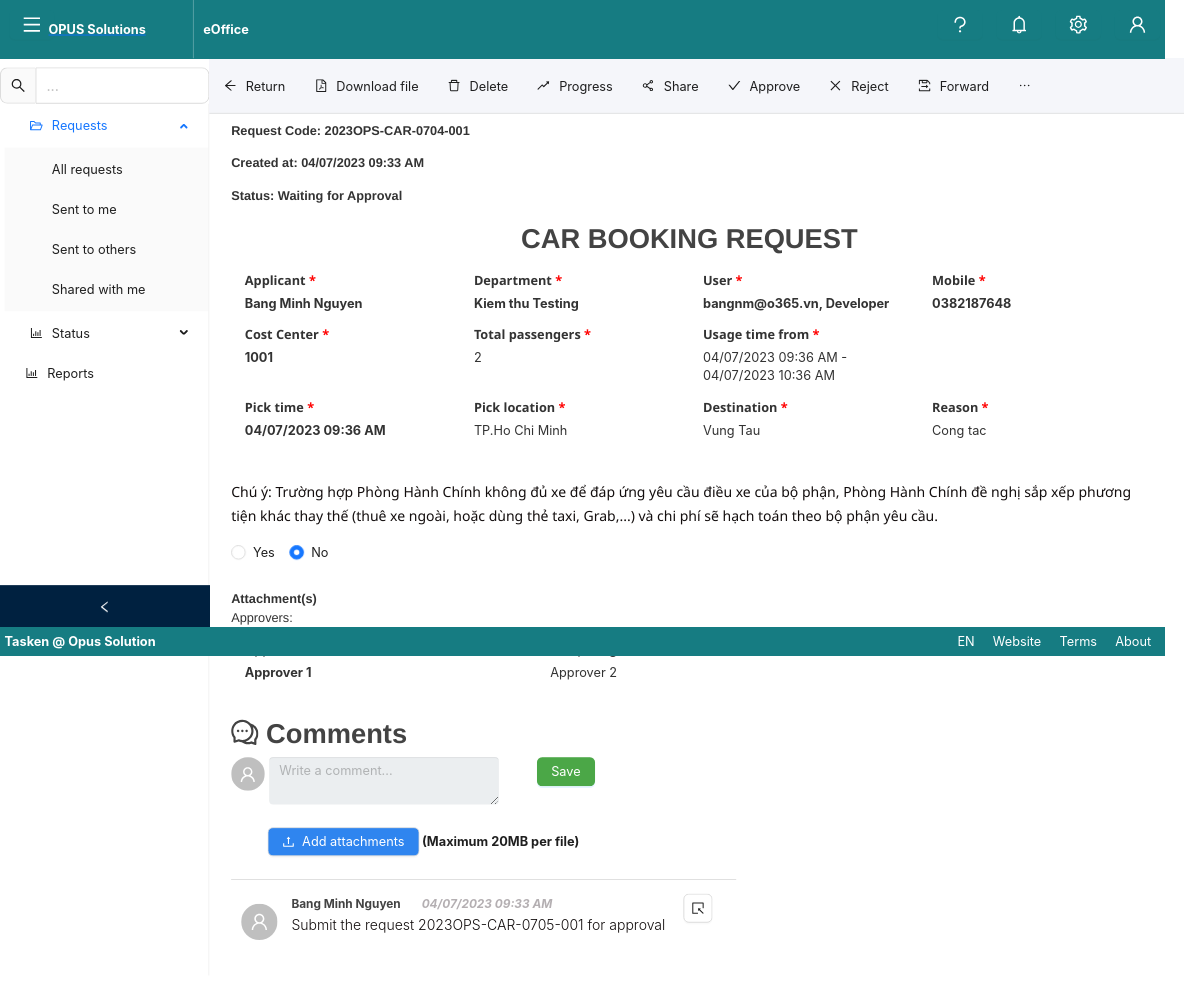
Repository: vannam272008/car-booking
Page: /request/detail
The author's editor kept a copy of each file at every save. The page is drawn from the files as they stood at one save, then again after the next save.
The browser window is 1280 px wide. The page is 1301 px wide, then 1280 px, so the pictures cover 1301 px, including what lies to the right of the window. The pictures show the whole page, at 91% of full size.
The project was rebuilt for these pictures with package versions that can differ from the ones it lists, and the page was loaded fresh each time. Also part of the build but not shown: src/Pages/ManageRequest/index.css, src/Pages/ManageRequest/ManageRequest.tsx, src/Components/AddRequest/MenuAdd/index.tsx, src/Components/AddRequest/AddRequest/addRequest.css, src/Components/AddRequest/AddRequest/index.tsx. Imported but missing from the stored project, and not drawn on this page: src/Pages/Home.

Above is the page before, as saved 2023-07-09 21:11:57.

After the next save:
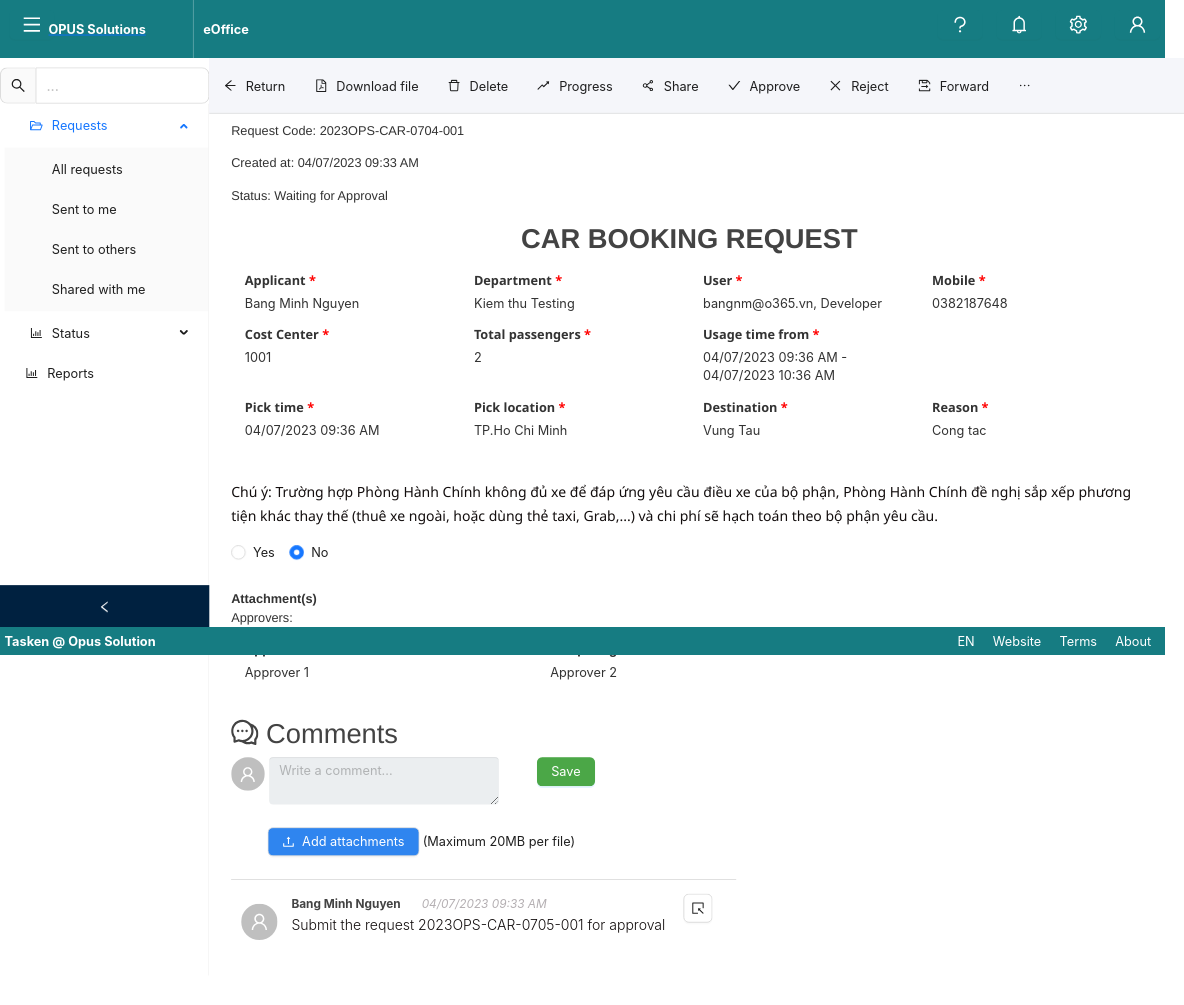
Saved 76 s later.
--- a/src/Components/DetailRequest/DetailRequest/detailRequest.css
+++ b/src/Components/DetailRequest/DetailRequest/detailRequest.css
@@ -19,7 +19,7 @@
     margin-right: -20px;
     padding-right: 15px;
   }
-  .info-detail-request div:first-child {
+  .info-detail-request .info-basic-detail-request p{
     width: 100%;
     font-weight: 700;
   }
